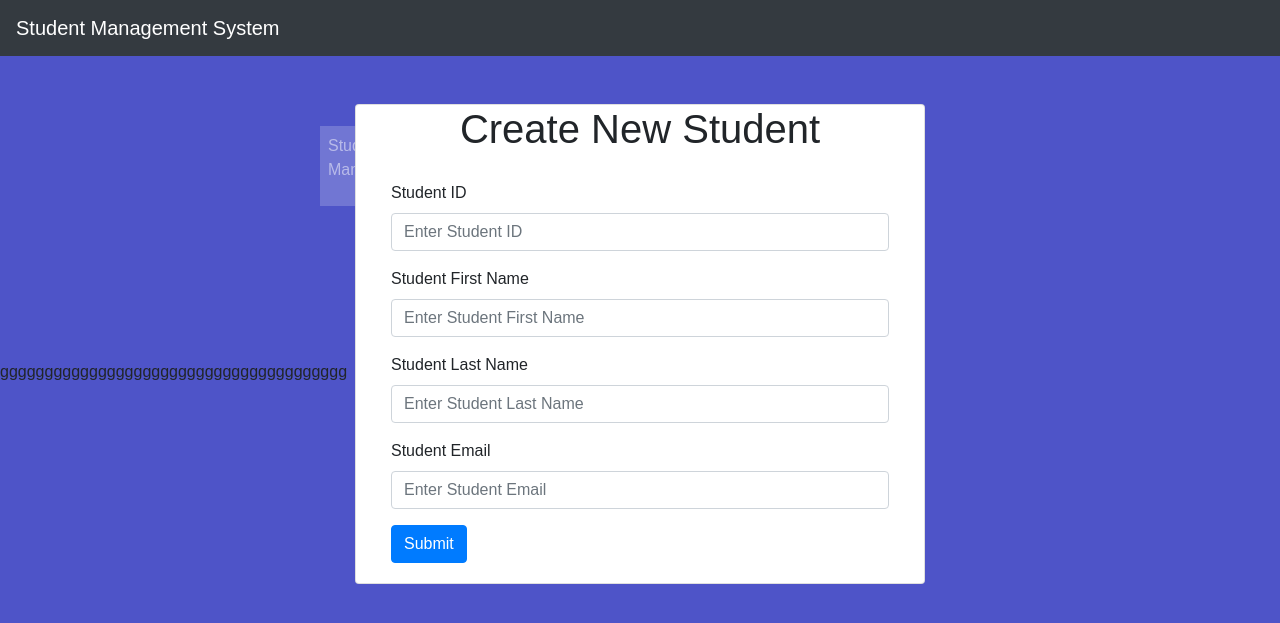
Repository: Luckysenapati/student-management-system
Page: http://localhost/create_student
The author's editor kept a copy of each file at every save. The page is drawn from the files as they stood at one save, then again after the next save.
The browser window is 1280 px wide. The pictures show the whole page.
Some web fonts or font styles are not loaded; a fallback is used. The page is this project's Thymeleaf template; nobody is signed in. The template is opened directly, without the code that normally fills it, so the values that code supplies are empty.

Above is the page before, as saved 2024-12-22 15:35:15.

After the next save:
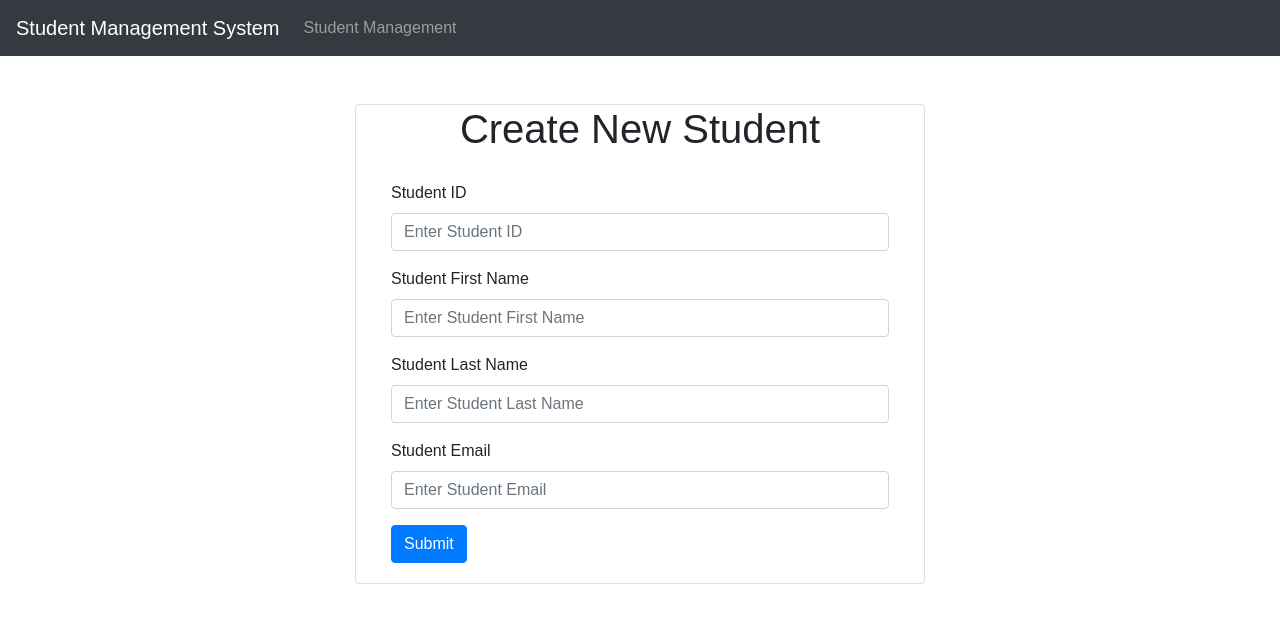
Saved 3 min 52 s later.
--- a/springboot project Gr11/student-management-system/src/main/resources/templates/create_student.html
+++ b/springboot project Gr11/student-management-system/src/main/resources/templates/create_student.html
@@ -134,10 +134,10 @@
 
 		.circles li:nth-child(10){
 		    left: 85%;
-		    width: 150px;
-		    height: 150px;
-		    animation-delay: 0s;
-		    animation-duration: 11s;
+		    width: 180px;
+		    height: 180px;
+		    animation-delay: 0s;
+		    animation-duration: 20s;
 		}
 
 
@@ -160,11 +160,6 @@
 	</style>
 </head>
 <body>
-	   <div class="context">
-		  <p>ggggggggggggggggggggggggggggggggggggggg</p>
-		</div >
-	<div class="area" >
-		<ul class="circles">
 
 <nav class="navbar navbar-expand-md bg-dark navbar-dark">
   <!-- Brand -->
@@ -246,8 +241,6 @@
 				</div>
 			</div>
 		</div>
-	</div>
-		</ul>
 </div>
 </body>
 </html>
